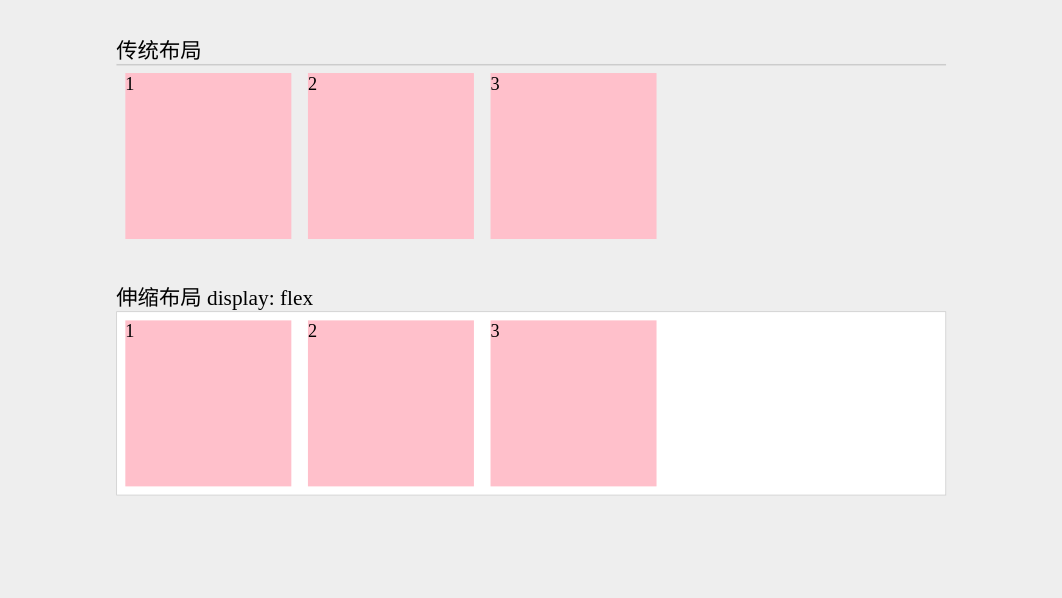
Repository: Germtao/Web
Page: web_css/css3_FLEX布局.html
The author's editor kept a copy of each file at every save. The page is drawn from the files as they stood at one save, then again after the next save.
The browser window is 1280 px wide. The pictures show the whole page, at 83% of full size.

Above is the page before, as saved 2020-11-04 11:08:45.

### web_css/css3_FLEX布局.html
<!DOCTYPE html>
<html lang="en">

<head>
  <meta charset="UTF-8">
  <meta name="viewport" content="width=device-width, initial-scale=1.0">
  <title>CSS3-FLEX布局</title>

  <style>
    * {
      margin: 0;
      padding: 0;
      list-style: none;
    }

    body {
      background-color: #eee;
      font-family: "Microsoft Yahei";
      font-size: 22px;
    }

    h3 {
      font-weight: normal;
    }

    section {
      width: 1000px;
      margin: 40px auto;
    }

    ul {
      background-color: #fff;
      border: 1px solid #ccc;
    }

    ul li {
      width: 200px;
      height: 200px;
      background-color: pink;
      margin: 10px;
    }

    section:nth-child(1) {
      /* 清除浮动 */
      overflow: hidden;
    }

    section:nth-child(1) ul li {
      float: left;
    }

    /* 设置伸缩盒子 */
    section:nth-child(2) ul {
      display: flex;
    }
  </style>
</head>

<body>
  <section>
    <h3>传统布局</h3>
    <ul>
      <li>1</li>
      <li>2</li>
      <li>3</li>
    </ul>
  </section>

  <section>
    <h3>伸缩布局 display: flex</h3>
    <ul>
      <li>1</li>
      <li>2</li>
      <li>3</li>
    </ul>
  </section>
</body>

</html>

After the next save:
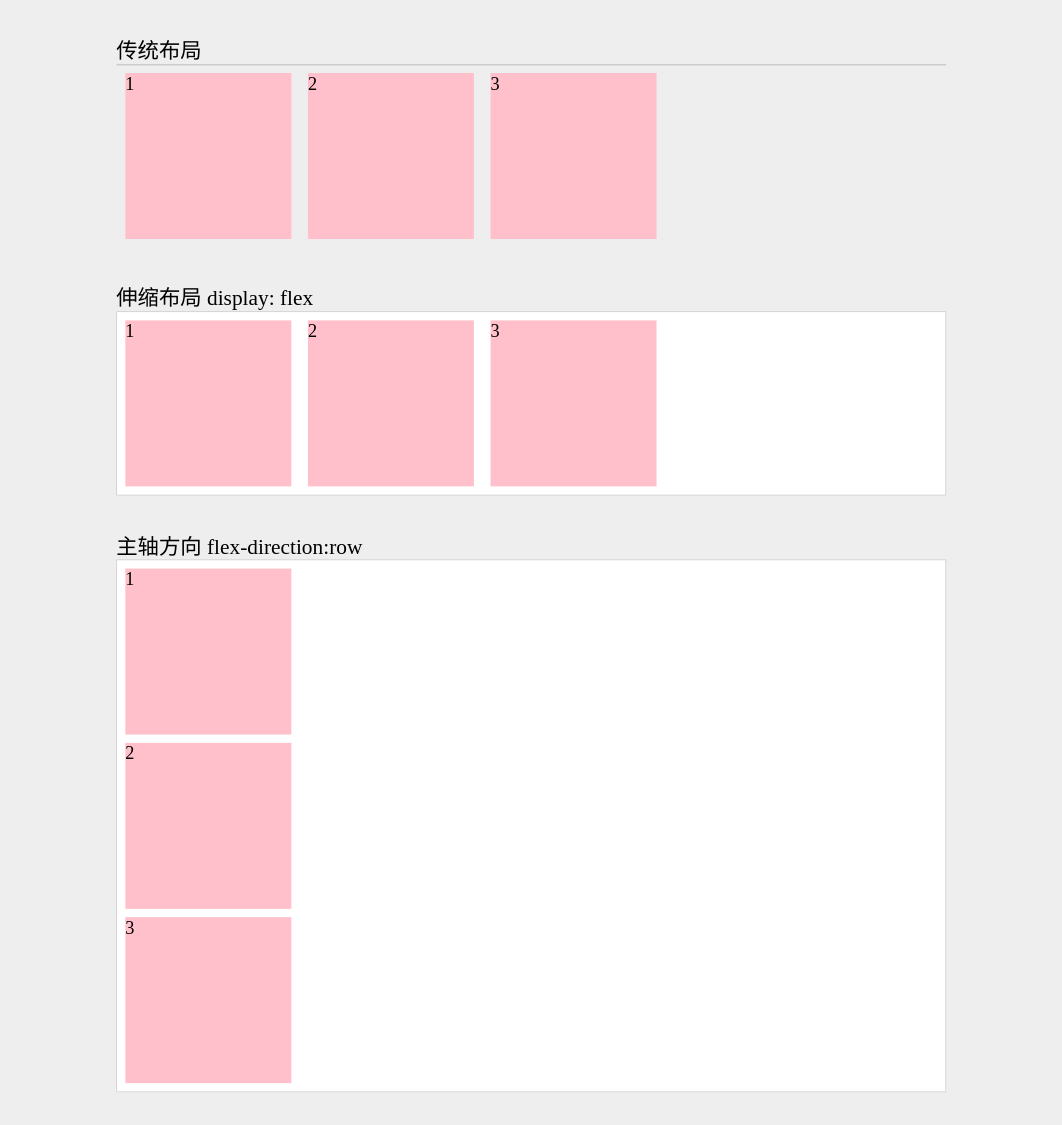
Saved 78 s later.
--- a/web_css/css3_FLEX布局.html
+++ b/web_css/css3_FLEX布局.html
@@ -74,6 +74,15 @@
       <li>3</li>
     </ul>
   </section>
+
+  <section>
+    <h3>主轴方向 flex-direction:row</h3>
+    <ul>
+      <li>1</li>
+      <li>2</li>
+      <li>3</li>
+    </ul>
+  </section>
 </body>
 
 </html>
